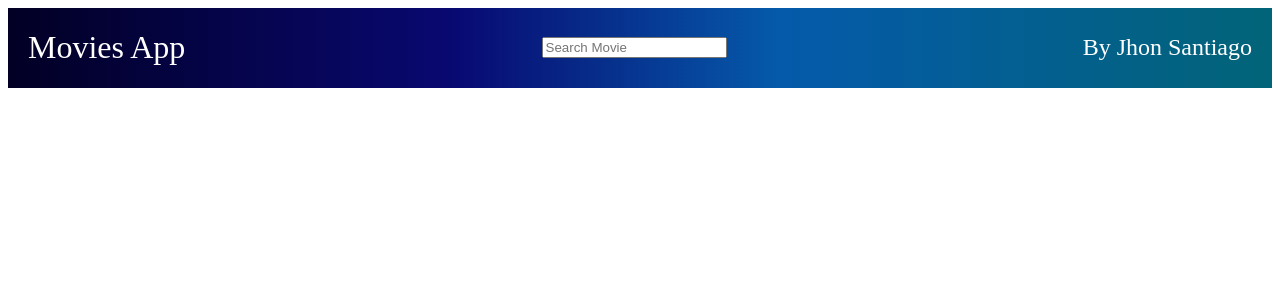
Repository: jhonenmanuel1/movies-get-info-fetch
Page: /
The author's editor kept a copy of each file at every save. The page is drawn from the files as they stood at one save, then again after the next save.
The browser window is 1280 px wide. The pictures show the whole page.
The page's requests for data from a server got no answer. The project was rebuilt for these pictures with package versions that can differ from the ones it lists, and the page was loaded fresh each time. No one was signed in, and anything a server would have sent is missing. Also part of the build but not shown: src/App.css.

Above is the page before, as saved 2022-06-15 22:24:42.

After the next save:
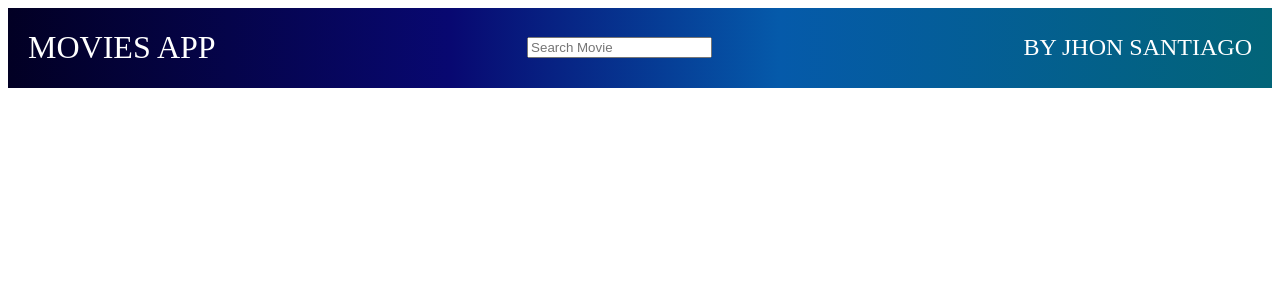
Saved 35 s later.
--- a/src/styles/MovieHeader.css
+++ b/src/styles/MovieHeader.css
@@ -20,5 +20,5 @@
 .text-title {
     text-decoration: none;
     font-weight: normal;
-    ext-transform: uppercase;
+    text-transform: uppercase;
 }

After the save that followed:
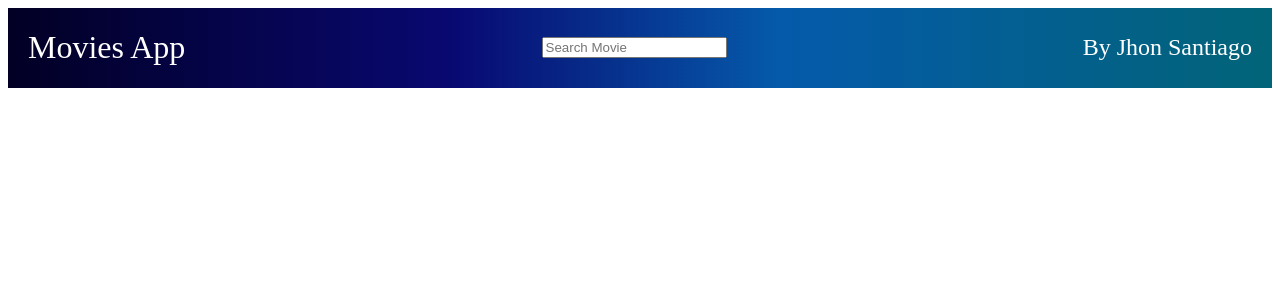
Saved 13 s later.
--- a/src/styles/MovieHeader.css
+++ b/src/styles/MovieHeader.css
@@ -20,5 +20,4 @@
 .text-title {
     text-decoration: none;
     font-weight: normal;
-    text-transform: uppercase;
 }
